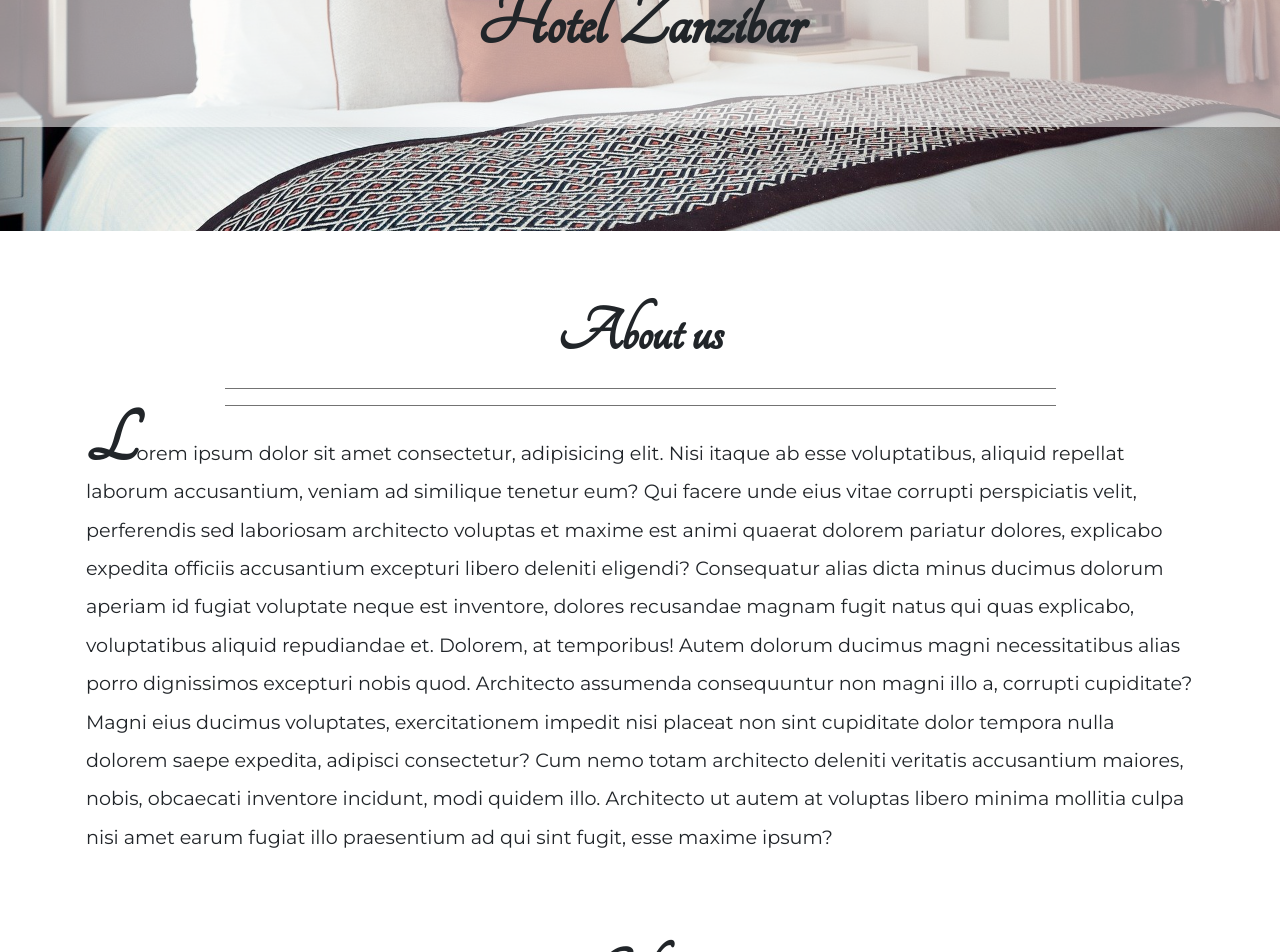
Repository: Ulaa93/Hotel-Zanzibar
Page: index.html
The author's editor kept a copy of each file at every save. The page is drawn from the files as they stood at one save, then again after the next save.
The browser window is 1280 px wide. The pictures show the part of the page from y = 425 to 1377 px (the page is 2944 px tall before and 2896 px after).
A picture or video elsewhere on the page could not be fetched, so the positions and the page height are approximate.

Above is the page before, as saved 2020-01-28 11:09:31.

### index.html
<!DOCTYPE html>
<html lang="en">
  <head>
    <meta charset="UTF-8" />
    <meta name="viewport" content="width=device-width, initial-scale=1.0" />
    <meta http-equiv="X-UA-Compatible" content="ie=edge" />
    <title>Hotel Zanzibar</title>
    <link rel="icon" href="./ikona.ico" />
    <link
      href="https://fonts.googleapis.com/css?family=Montserrat|Tangerine&display=swap"
      rel="stylesheet"
    />
    <link href="./fontawesome-free-5.12.0-web/css/all.css" rel="stylesheet" />
    <link
      rel="stylesheet"
      href="https://stackpath.bootstrapcdn.com/bootstrap/4.4.1/css/bootstrap.min.css"
      integrity="sha384-Vkoo8x4CGsO3+Hhxv8T/Q5PaXtkKtu6ug5TOeNV6gBiFeWPGFN9MuhOf23Q9Ifjh"
      crossorigin="anonymous"
    />
    <link rel="stylesheet" href="style.css" />
    <script src="https://unpkg.com/scrollreveal"></script>

  </head>
  <body>
    <nav class="navbar sticky-top navbar-expand-lg navbar-dark">
      <a class="navbar-brand hotel-zanzibar" href="./index.html"
        >Hotel Zanzibar</a
      >
      <button
        class="navbar-toggler"
        type="button"
        data-toggle="collapse"
        data-target="#navbarNavDropdown"
        aria-controls="navbarNavDropdown"
        aria-expanded="false"
        aria-label="Toggle navigation"
      >
        <span class="navbar-toggler-icon"></span>
      </button>
      <div
        class="collapse navbar-collapse w-100 order-3 dual-collapse2"
        id="navbarNavDropdown"
      >
        <ul class="navbar-nav ml-auto">
          <li class="nav-item ">
            <a class="nav-link" href="./about-us.html">About us </a>
          </li>
          <li class="nav-item">
            <a class="nav-link" href="./galery.html">Galery</a>
          </li>
          <li class="nav-item">
            <a class="nav-link" href="./events.html">Events</a>
          </li>
          <li class="nav-item">
            <a class="nav-link" href="./reservation.html">Reservation</a>
          </li>
          <li class="nav-item">
            <a class="nav-link" href="./contact.html">Contact</a>
          </li>
        </ul>
      </div>
    </nav>

    <section class="hotel-main">
      <div class="welcome">
        <span>Welcome in</span>
        <h1>Hotel Zanzibar</h1>
      </div>
    </section>
    <section class="hotel-about container p-3">
      <h2>About us</h2>
      <hr />
      <hr />
      <div></div>
      <p>
        Lorem ipsum dolor sit amet consectetur, adipisicing elit. Nisi itaque ab
        esse voluptatibus, aliquid repellat laborum accusantium, veniam ad
        similique tenetur eum? Qui facere unde eius vitae corrupti perspiciatis
        velit, perferendis sed laboriosam architecto voluptas et maxime est
        animi quaerat dolorem pariatur dolores, explicabo expedita officiis
        accusantium excepturi libero deleniti eligendi? Consequatur alias dicta
        minus ducimus dolorum aperiam id fugiat voluptate neque est inventore,
        dolores recusandae magnam fugit natus qui quas explicabo, voluptatibus
        aliquid repudiandae et. Dolorem, at temporibus! Autem dolorum ducimus
        magni necessitatibus alias porro dignissimos excepturi nobis quod.
        Architecto assumenda consequuntur non magni illo a, corrupti cupiditate?
        Magni eius ducimus voluptates, exercitationem impedit nisi placeat non
        sint cupiditate dolor tempora nulla dolorem saepe expedita, adipisci
        consectetur? Cum nemo totam architecto deleniti veritatis accusantium
        maiores, nobis, obcaecati inventore incidunt, modi quidem illo.
        Architecto ut autem at voluptas libero minima mollitia culpa nisi amet
        earum fugiat illo praesentium ad qui sint fugit, esse maxime ipsum?
      </p>
    </section>
    <section class="galery container p-5">
      <h2>Galery</h2>
      <hr />
      <hr />
      <div
        id="carouselExampleCaptions"
        class="carousel slide"
        data-ride="carousel"
      >
        <ol class="carousel-indicators">
          <li
            data-target="#carouselExampleCaptions"
            data-slide-to="0"
            class="active"
          ></li>
          <li data-target="#carouselExampleCaptions" data-slide-to="1"></li>
          <li data-target="#carouselExampleCaptions" data-slide-to="2"></li>
          <li data-target="#carouselExampleCaptions" data-slide-to="3"></li>
          <li data-target="#carouselExampleCaptions" data-slide-to="4"></li>
          <li data-target="#carouselExampleCaptions" data-slide-to="5"></li>
        </ol>
        <div class="carousel-inner">
          <div class="carousel-item active">
            <img
              src="./img/rooms/hotelroom-2205447_1280.jpg"
              class="d-block w-100"
            />
          </div>
          <div class="carousel-item">
            <img
              src="./img/rooms/bedroom-1285156_1280.jpg"
              class="d-block w-100"
            />
          </div>
          <div class="carousel-item">
            <img
              src="./img/rooms/hotel-1330841_1280.jpg"
              class="d-block w-100"
            />
          </div>
          <div class="carousel-item">
            <img
              src="./img/rooms/hotel-4416515_1920.jpg"
              class="d-block w-100"
            />
          </div>
          <div class="carousel-item">
            <img
              src="./img/rooms/hotel-1749602_1280.jpg"
              class="d-block w-100"
            />
          </div>
          <div class="carousel-item">
            <img
              src="./img/rooms/hotel-room-1447201_1920.jpg"
              class="d-block w-100"
            />
          </div>
        </div>
        <a
          class="carousel-control-prev"
          href="#carouselExampleCaptions"
          role="button"
          data-slide="prev"
        >
          <span class="carousel-control-prev-icon" aria-hidden="true"></span>
          <span class="sr-only">Previous</span>
        </a>
        <a
          class="carousel-control-next"
          href="#carouselExampleCaptions"
          role="button"
          data-slide="next"
        >
          <span class="carousel-control-next-icon" aria-hidden="true"></span>
          <span class="sr-only">Next</span>
        </a>
      </div>
    </section>

    <section class="container p-3 contact">
      <h2>Contact</h2>
      <hr />
      <hr />
      <div class="row">
        <div class="col-sm-6 ">
          <div class="card ">
            <div class="card-body">
              <div class="card-body">
                <i class="fas fa-phone"></i>
                phone: 012 345 678
              </div>
              <div class="card-body">
                <i class="fas fa-envelope"></i>
                mail: example@example.com
              </div>
              <div class="card-body">
                <i class="fas fa-map-marker-alt"></i>
                adress: example adress
              </div>
            </div>
          </div>
        </div>
        <div class="col-sm-6">
          <div class="card">
            <div class="card-body">
              <form>
                <div class="form-group">
                  <label for="nameInput">Name</label>
                  <input
                    type="text"
                    class="form-control"
                    id="nameInput"
                    placeholder="Name"
                  />
                </div>
                <div class="form-group">
                  <label for="emailInput">Email address</label>
                  <input
                    type="email"
                    class="form-control"
                    id="emailInput"
                    placeholder="name@example.com"
                  />
                </div>
                <div class="form-group">
                  <label for="messageInput">Message</label>
                  <textarea
                    class="form-control"
                    id="messageInput"
                    rows="3"
                  ></textarea>
                </div>
                <button type="submit" class="btn btn-primary">Submit</button>
              </form>
            </div>
          </div>
        </div>
      </div>
    </section>

    <footer>
      <div>Copyright &copy; Urszula Kosior 2020</div>
    </footer>

    <script
      src="https://code.jquery.com/jquery-3.4.1.slim.min.js"
      integrity="sha384-J6qa4849blE2+poT4WnyKhv5vZF5SrPo0iEjwBvKU7imGFAV0wwj1yYfoRSJoZ+n"
      crossorigin="anonymous"
    ></script>
    <script
      src="https://cdn.jsdelivr.net/npm/popper.js@1.16.0/dist/umd/popper.min.js"
      integrity="sha384-Q6E9RHvbIyZFJoft+2mJbHaEWldlvI9IOYy5n3zV9zzTtmI3UksdQRVvoxMfooAo"
      crossorigin="anonymous"
    ></script>
    <script
      src="https://stackpath.bootstrapcdn.com/bootstrap/4.4.1/js/bootstrap.min.js"
      integrity="sha384-wfSDF2E50Y2D1uUdj0O3uMBJnjuUD4Ih7YwaYd1iqfktj0Uod8GCExl3Og8ifwB6"
      crossorigin="anonymous"
    ></script>
    <script src="./script.js"></script>
  </body>
</html>

### style.css
* {
  padding: 0;
  margin: 0;
  font-family: 'Montserrat', sans-serif;
}

.navbar {
  height: 80px;
  background-color: rgba(124, 98, 98, 0.712);
}
/* .navbar a{
    color:black;
} */
.hotel-zanzibar {
  font-size: 3em;
  font-family: 'Tangerine', cursive;
}

.hotel-main {
  background-image: url(./img/rooms/hotel-room-1447201_1920.jpg);
  width: 100%;
  height: 80vh;
  background-size: cover;
  background-position: center;
  display: flex;
  flex-direction: column;
  /* justify-content: center; */
  /* align-items: flex-start; */
  padding: 200px 0;
  /* color: white; */
  /* line-height: 400%; */
}

.welcome {
  background-color: rgba(255, 255, 255, 0.555);
  padding: 3em;
  text-align: center;
}
.welcome span {
  font-size: 3em;
  font-family: 'Tangerine', cursive;
}
.welcome h1 {
  font-size: 5em;
  font-family: 'Tangerine', cursive;
  font-weight: 600;
}
.hotel-about{
  margin-top: 48px;
}
h2 {
  text-align: center;
  font-size: 4em;
  font-weight: 600;
  font-family: 'Tangerine', cursive;
}
section p {
  font-size: 1.2em;
  line-height: 2em;
}

section p::first-letter {
  font-size:4em;
  font-weight: 600;
  font-family: 'Tangerine', cursive;
}

hr {
margin:16px auto;
 width: 75%;
 background-color:gray;

}
/* .galery .carousel-inner {
  /* background-size: contain; */
  /* height: 55vh; */
  /* min-height: 400px; */
  /* overflow: hidden; */
  /* background-position: center; */


  .back i{
    font-size: 2em;
    margin: 0 0.2em;
    vertical-align: middle;

}
.back{
    font-size: 1.2em;
    vertical-align: middle;
position: absolute;
top:7em;
left:15em;
}
.back a{
    color: black;
    text-decoration: none;
}

footer{
 text-align: center;
 color: white;
  background-color: rgba(124, 98, 98, 0.712);
height: 80px;
line-height: 80px;
font-size: 1.2em;;
}


.contact .row{
  align-items: center;
}
.contact i{
  margin-right: 1em;
}

### script.js

const nodeArray = [
    document.querySelector('.hotel-main'),
    document.querySelector('.hotel-about'),
    document.querySelector('.galery'),
    document.querySelector('.contact')
];

ScrollReveal().reveal(nodeArray, {
  delay: 475,
  duration: 1000,
  reset: true
});

Loaded but not shown: fontawesome-free-5.12.0-web/css/all.css (library)

After the next save:
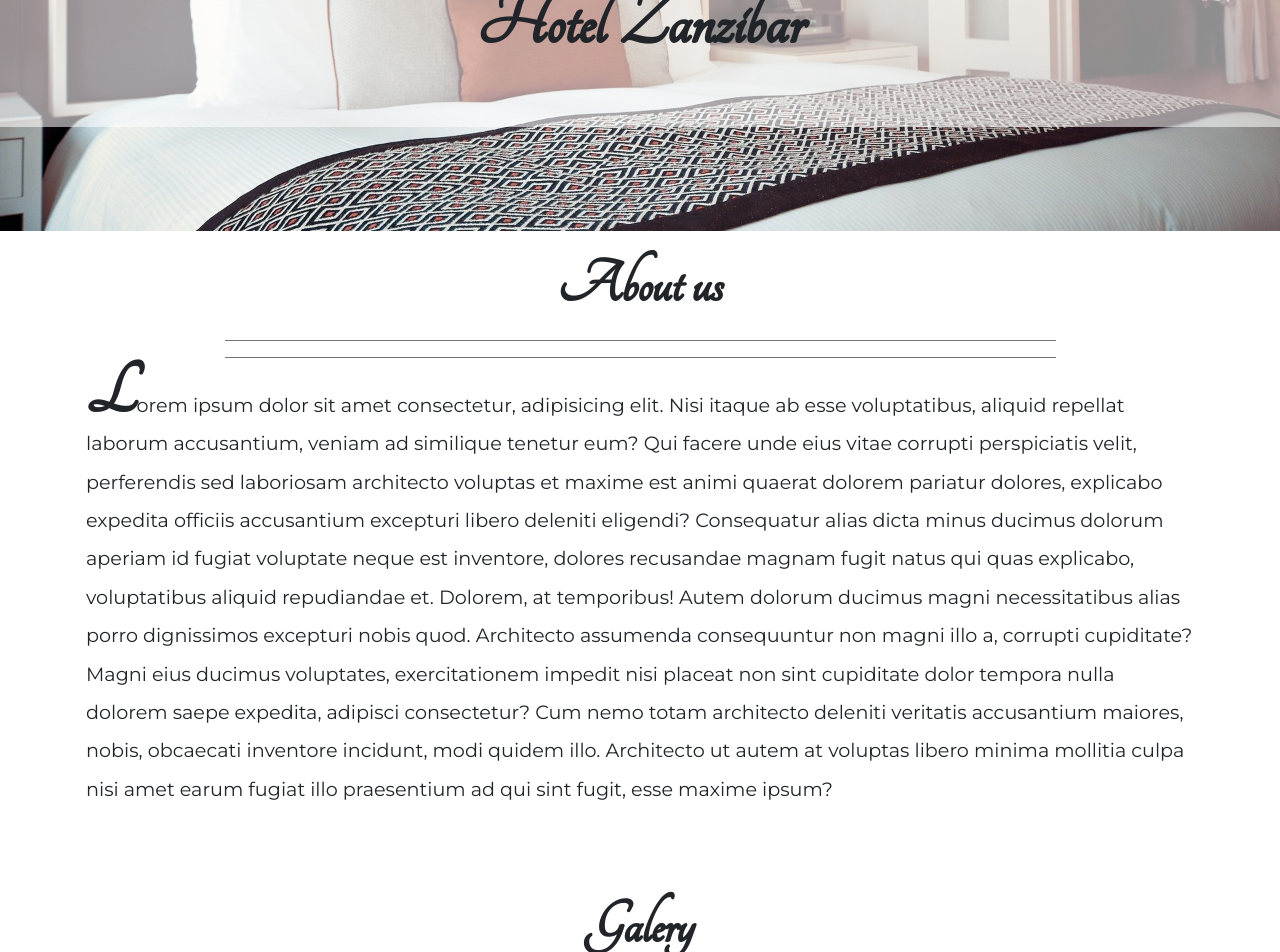
Saved 53 s later.
--- a/style.css
+++ b/style.css
@@ -45,9 +45,7 @@
   font-family: 'Tangerine', cursive;
   font-weight: 600;
 }
-.hotel-about{
-  margin-top: 48px;
-}
+
 h2 {
   text-align: center;
   font-size: 4em;
